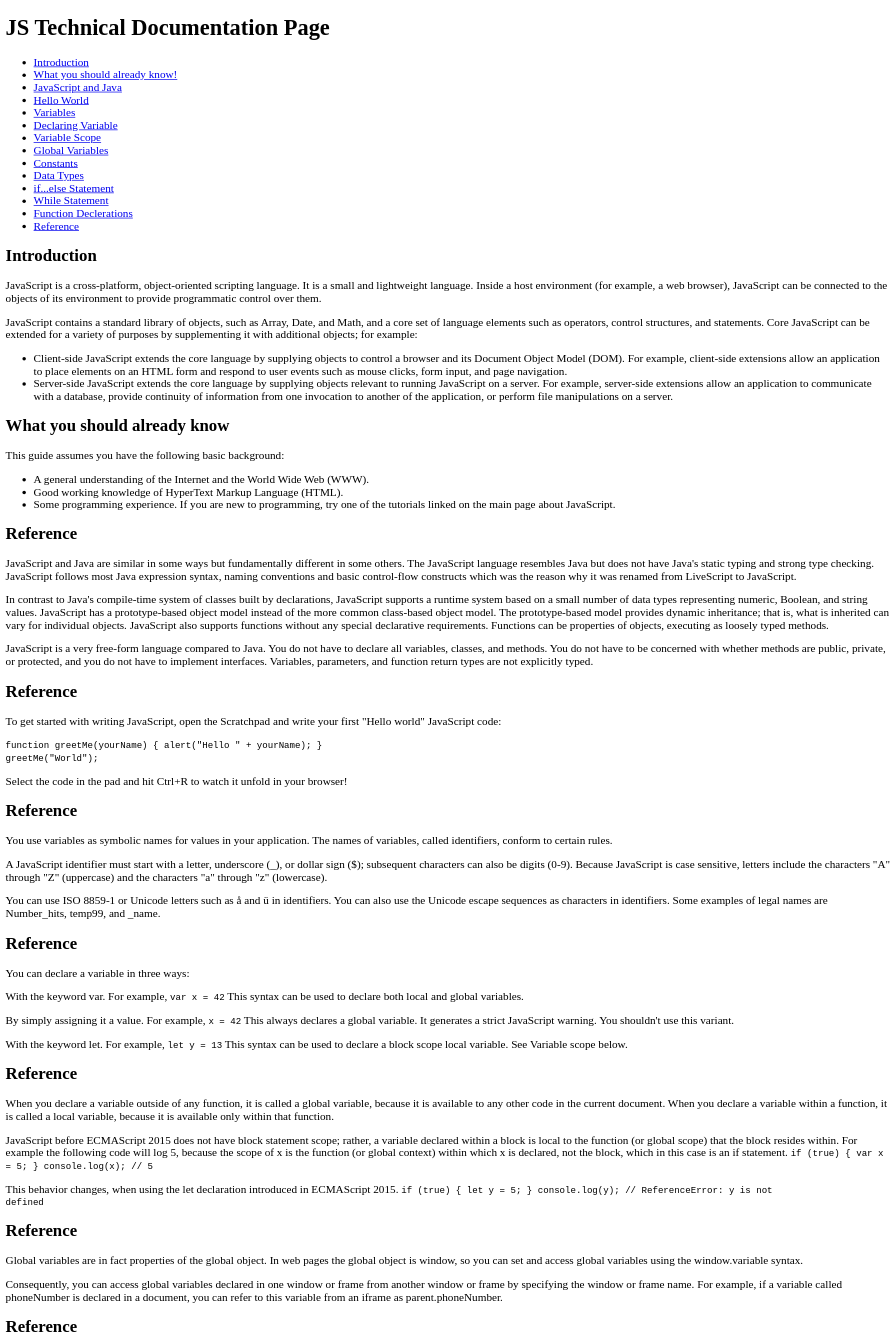
Repository: ctcoleman/technicalDocumentationPage
Page: index.html
An editor plug-in stored every save of this project. The page is shown before and after the next save, followed by the edit.
The browser window is 1280 px wide. The pictures show the part of the page from y = 0 to 1920 px (the page is 3237 px tall), at 70% of full size.

Above is the page before, as saved 2020-07-10 18:42:09.

### index.html
<!DOCTYPE html>
<html lang="en">

<head>
  <meta charset="UTF-8">
  <meta name="viewport" content="width=device-width, initial-scale=1.0">
  <title>FCC: Technical Documentation Page</title>
</head>

<body>


  <header>
    <h1 id="main-heading">JS Technical Documentation Page</h1>
    <nav id="navbar">
      <ul>
        <li>
          <a href="#introduction">Introduction</a>
        <li>
          <a href="#whatYouShouldKnowAlready">What you should already know!</a>
        <li>
          <a href="#javascriptAndJava">JavaScript and Java</a>
        <li>
          <a href="#helloWorld">Hello World</a>
        <li>
          <a href="#variables">Variables</a>
        </li>
        <li>
          <a href="#declaringVariable">Declaring Variable</a>
        </li>
        <li>
          <a href="#variableScopes">Variable Scope</a>
        </li>
        <li>
          <a href="#globalVariables">Global Variables</a>
        </li>
        <li>
          <a href="#constants">Constants</a>
        </li>
        <li>
          <a href="#dataTypes">Data Types</a>
        </li>
        <li>
          <a href="#ifElseStatements">if...else Statement</a>
        </li>
        <li>
          <a href="#whileStatements">While Statement</a>
        </li>
        <li>
          <a href="#functionDeclerations">Function Declerations</a>
        </li>
        <li>
          <a href="#reference">Reference</a>
        </li>
      </ul>
    </nav>
  </header>

  <main id="main-doc">


    <section class="main-section" id="Introduction">
      <h2 class="topic-header">Introduction</h2>
      <article>
        <p>
          JavaScript is a cross-platform, object-oriented scripting language. It is a small and lightweight language. Inside a host environment (for example, a web browser), JavaScript can be connected to the objects of its environment to provide programmatic control over them.
        </p>
        <p>
          JavaScript contains a standard library of objects, such as Array, Date, and Math, and a core set of language elements such as operators, control structures, and statements. Core JavaScript can be extended for a variety of purposes by supplementing it with additional objects; for example:
        <ul>
          <li>Client-side JavaScript extends the core language by supplying objects to control a browser and its Document Object Model (DOM). For example, client-side extensions allow an application to place elements on an HTML form and respond to user events such as mouse clicks, form input, and page navigation.</li>
          <li>Server-side JavaScript extends the core language by supplying objects relevant to running JavaScript on a server. For example, server-side extensions allow an application to communicate with a database, provide continuity of information from one invocation to another of the application, or perform file manipulations on a server.</li>
        </ul>
        </p>
      </article>
    </section>

    <section class="main-section" id="whatYouShouldAlreadyKnow">
      <h2 class="topic-header">What you should already know</h2>
      <article>
        <p>
          This guide assumes you have the following basic background:
        <ul>
          <li>A general understanding of the Internet and the World Wide Web (WWW).
          </li>
          <li>Good working knowledge of HyperText Markup Language (HTML).
          </li>
          <li>Some programming experience. If you are new to programming, try one of the tutorials linked on the main page about JavaScript.
          </li>
        </ul>
        </p>
      </article>
    </section>

    <section class="main-section" id="javaScriptAndJava">
      <header class="topic-header">
        <h2>Reference</h2>
      </header>
      <article>
        <p>
          JavaScript and Java are similar in some ways but fundamentally different in some others. The JavaScript language resembles Java but does not have Java's static typing and strong type checking. JavaScript follows most Java expression syntax, naming conventions and basic control-flow constructs which was the reason why it was renamed from LiveScript to JavaScript.
        </p>
        <p>
          In contrast to Java's compile-time system of classes built by declarations, JavaScript supports a runtime system based on a small number of data types representing numeric, Boolean, and string values. JavaScript has a prototype-based object model instead of the more common class-based object model. The prototype-based model provides dynamic inheritance; that is, what is inherited can vary for individual objects. JavaScript also supports functions without any special declarative requirements. Functions can be properties of objects, executing as loosely typed methods.
        </p>
        <p>
          JavaScript is a very free-form language compared to Java. You do not have to declare all variables, classes, and methods. You do not have to be concerned with whether methods are public, private, or protected, and you do not have to implement interfaces. Variables, parameters, and function return types are not explicitly typed.
        </p>
      </article>
    </section>

    <section class="main-section" id="helloWorld">
      <header class="topic-header">
        <h2>Reference</h2>
      </header>
      <article>
        <p>
          To get started with writing JavaScript, open the Scratchpad and write your first "Hello world" JavaScript code:
        </p>
        <code>
          function greetMe(yourName) { alert("Hello " + yourName); }<br>
          greetMe("World");
        </code>
        <p>
          Select the code in the pad and hit Ctrl+R to watch it unfold in your browser!
        </p>
      </article>
    </section>

    <section class="main-section" id="variables">
      <header class="topic-header">
        <h2>Reference</h2>
      </header>
      <article>
        <p>
        You use variables as symbolic names for values in your application. The names of variables, called identifiers, conform to certain rules.
        </p>
        <p>
          A JavaScript identifier must start with a letter, underscore (_), or dollar sign ($); subsequent characters can also be digits (0-9). Because JavaScript is case sensitive, letters include the characters "A" through "Z" (uppercase) and the characters "a" through "z" (lowercase).
        </p>
        <p>
          You can use ISO 8859-1 or Unicode letters such as å and ü in identifiers. You can also use the Unicode escape sequences as characters in identifiers. Some examples of legal names are Number_hits, temp99, and _name.
        </p>
      </article>
    </section>

    <section class="main-section" id="declaringVariables">
      <header class="topic-header">
        <h2>Reference</h2>
      </header>
      <article>
        <p>
        You can declare a variable in three ways:
        </p>
        <p>
          With the keyword var. For example,
          <code> var x = 42</code>
          This syntax can be used to declare both local and global variables.
        </p>
        <p>
        By simply assigning it a value. For example,
        <code>x = 42</code>
        This always declares a global variable. It generates a strict JavaScript warning. You shouldn't use this variant.
        </p>
        <p>
          With the keyword let. For example,
          <code>let y = 13</code>
          This syntax can be used to declare a block scope local variable. See Variable scope below.
        </p>
      </article>
    </section>

    <section class="main-section" id="variableScope">
      <header class="topic-header">
        <h2>Reference</h2>
      </header>
      <article>
        <p>
          When you declare a variable outside of any function, it is called a global variable, because it is available to any other code in the current document. When you declare a variable within a function, it is called a local variable, because it is available only within that function.
        </p>
        <p>
          JavaScript before ECMAScript 2015 does not have block statement scope; rather, a variable declared within a block is local to the function (or global scope) that the block resides within. For example the following code will log 5, because the scope of x is the function (or global context) within which x is declared, not the block, which in this case is an if statement.
          <code>if (true) { var x = 5; } console.log(x); // 5</code>
        </p>
        <p>
          This behavior changes, when using the let declaration introduced in ECMAScript 2015.
          <code>if (true) { let y = 5; } console.log(y); // ReferenceError: y is not<br>
          defined</code>
        </p>
      </article>
    </section>

    <section class="main-section" id="globalVariables">
      <header class="topic-header">
        <h2>Reference</h2>
      </header>
      <article>
        <p>
          Global variables are in fact properties of the global object. In web pages the global object is window, so you can set and access global variables using the window.variable syntax.
        </p>
        <p>
          Consequently, you can access global variables declared in one window or frame from another window or frame by specifying the window or frame name. For example, if a variable called phoneNumber is declared in a document, you can refer to this variable from an iframe as parent.phoneNumber.
        </p>
      </article>
    </section>

    <section class="main-section" id="constants">
      <header class="topic-header">
        <h2>Reference</h2>
      </header>
      <article>
        <p>
          You can create a read-only, named constant with the const keyword. The syntax of a constant identifier is the same as for a variable identifier: it must start with a letter, underscore or dollar sign and can contain alphabetic, numeric, or underscore characters.
          <code>const PI = 3.14;</code>
        </p>
        <p>
          A constant cannot change value through assignment or be re-declared while the script is running. It has to be initialized to a value.
          <br>
          The scope rules for constants are the same as those for let block scope variables. If the const keyword is omitted, the identifier is assumed to represent a variable.
          <br>
          You cannot declare a constant with the same name as a function or variable in the same scope. For example:
          <code>
            // THIS WILL CAUSE AN ERROR<br> function f() {}; const f = 5;<br> // THIS WILL
            CAUSE AN ERROR ALSO<br> function f() { const g = 5; var g; //statements
            }
          </code>
        </p>
        <p>
          However, object attributes are not protected, so the following statement is executed without problems.

          <code>
            const MY_OBJECT = {"key": "value"}; MY_OBJECT.key = "otherValue";
          </code>
        </p>
      </article>
    </section>

    <section class="main-section" id="dataTypes">
      <header class="topic-header">
        <h2>Reference</h2>
      </header>
      <article>
        <p>
          The latest ECMAScript standard defines seven data types:
        <ul>
          <li>Six data types that are primitives:</li>
            <ul>
              <li>Boolean. true and false.</li>
              <li>null. A special keyword denoting a null value. Because JavaScript is case-sensitive, null is not the same as Null, NULL,
              or any other variant.</li>
              <li>undefined. A top-level property whose value is undefined.</li>
              <li>Number. 42 or 3.14159.</li>
              <li>String. "Howdy"</li>
              <li>Symbol (new in ECMAScript 2015). A data type whose instances are unique and immutable.</li>
            </ul>
          <li>and Object</li>
        </ul>
        </p>
        <p>

        </p>
      </article>
    </section>

    <section class="main-section" id="ifElseStatements">
      <header class="topic-header">
        <h2>Reference</h2>
      </header>
      <article>
        <p>
        <ul>
          <li></li>
          <li></li>
        </ul>
        </p>
        <p>

        </p>
      </article>
    </section>

    <section class="main-section" id="whileStatements">
      <header class="topic-header">
        <h2>Reference</h2>
      </header>
      <article>
        <p>
          A while statement executes its statements as long as a specified condition evaluates to true. A while statement looks as
          follows:
          <code>while (condition) statement</code>
        </p>
        <p>
          If the condition becomes false, statement within the loop stops executing and control passes to the statement following the loop.
          <br>
          The condition test occurs before statement in the loop is executed. If the condition returns true, statement is executed and the condition is tested again. If the condition returns false, execution stops and control is passed to the statement following while.
        </p>
        <p>
          IfTo execute multiple statements, use a block statement ({ ... }) to group those statements.
          <br>
          Example:
          <br>
          The following while loop iterates as long as n is less than three:
          <code>
            var n = 0; var x = 0; while (n < 3) { n++; x +=n; }
          </code>
        </p>
        <p>
          With each iteration, the loop increments n and adds that value to x. Therefore, x and n take on the following values:
          <ul>
            <li>
              After the first pass: n = 1 and x = 1\
            </li>
            <li>
              After the second pass: n = 2 and x = 3
            </li>
            <li>
              After the third pass: n = 3 and x = 6
            </li>
          </ul>
          After completing the third pass, the condition n < 3 is no longer true, so the loop terminates.
        </p>
      </article>
    </section>

    <section class="main-section" id="functionDeclerations">
      <header class="topic-header">
        <h2>Reference</h2>
      </header>
      <article>
        <p>
          A function definition (also called a function declaration, or function statement) consists of the function keyword, followed by:
        <ul>
          <li>The name of the function.</li>
          <li>A list of arguments to the function, enclosed in parentheses and separated by commas.</li>
          <li>The JavaScript statements that define the function, enclosed in curly brackets, { }</li>
        </ul>
        </p>
          For example, the following code defines a simple function named square:
          <code>function square(number) { return number * number; }</code>
          The function square takes one argument, called number. The function consists of one statement that says to return the
          argument of the function (that is, number) multiplied by itself. The return statement specifies the value returned by
          the function.
          <code>return number * number;</code>

          <p>
            Primitive parameters (such as a number) are passed to functions by value; the value is passed to the function, but if the function changes the value of the parameter, this change is not reflected globally or in the calling function.
        </p>
      </article>
    </section>

    <section class="main-section" id="reference">
      <header class="topic-header">
        <h2>Reference</h2>
      </header>
      <article>
        <p>
          All the documentation in this page is taken from MDN
        <p/>
      </article>
    </section>

    <footer id="footer-wrapper">
      <span>Copywright &copy; Coleman Sites</span>
    </footer>
  </main>
  <script src="https://cdn.freecodecamp.org/testable-projects-fcc/v1/bundle.js"></script>
</body>

</html>

After the next save:
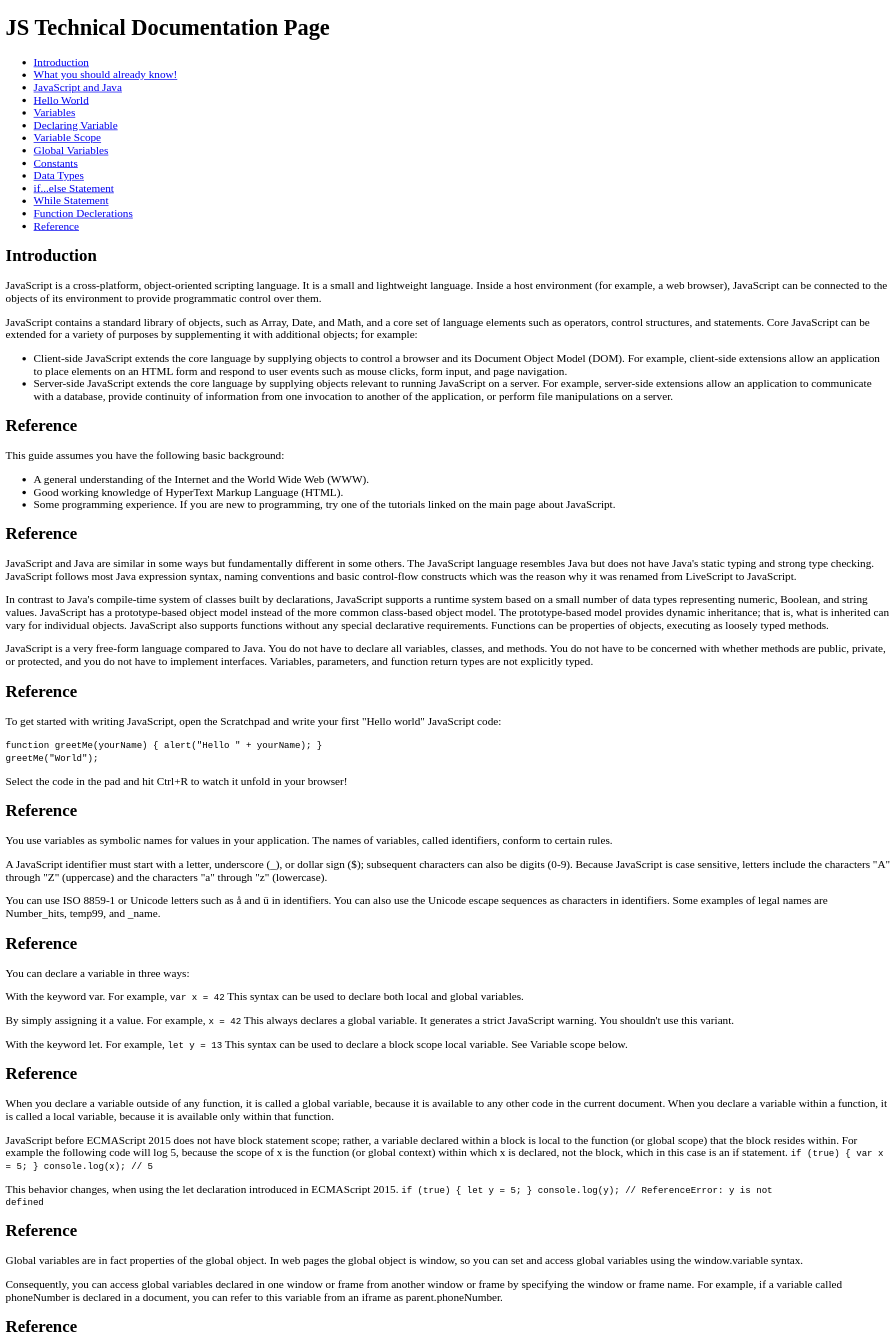
Saved 4 s later.
--- a/index.html
+++ b/index.html
@@ -76,7 +76,9 @@
     </section>
 
     <section class="main-section" id="whatYouShouldAlreadyKnow">
-      <h2 class="topic-header">What you should already know</h2>
+      <header class="topic-header">
+        <h2>Reference</h2>
+      </header>
       <article>
         <p>
           This guide assumes you have the following basic background:
